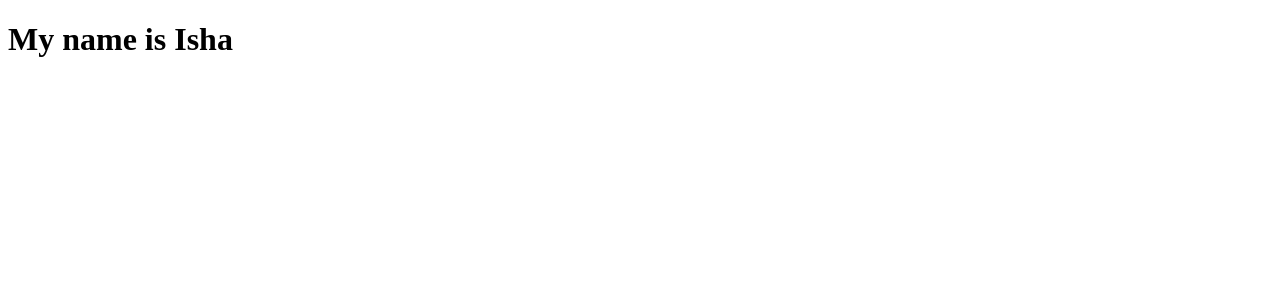
Repository: IshaSwaroop1/MavenWeb
Page: FirstProject/src/main/webapp/index.html
The author's editor kept a copy of each file at every save. The page is drawn from the files as they stood at one save, then again after the next save.
The browser window is 1280 px wide. The pictures show the whole page.

Above is the page before, as saved 2022-07-29 08:01:35.

After the next save:
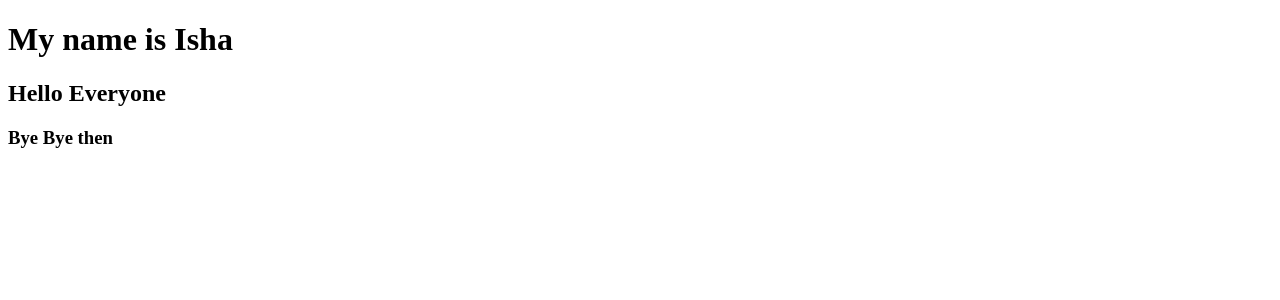
Saved 102 min 45 s later.
--- a/FirstProject/src/main/webapp/index.html
+++ b/FirstProject/src/main/webapp/index.html
@@ -6,5 +6,7 @@
 </head>
 <body>
 <h1>My name is Isha</h1>
+<h2> Hello Everyone</h2>
+<h3>Bye Bye then</h3>
 </body>
 </html>
